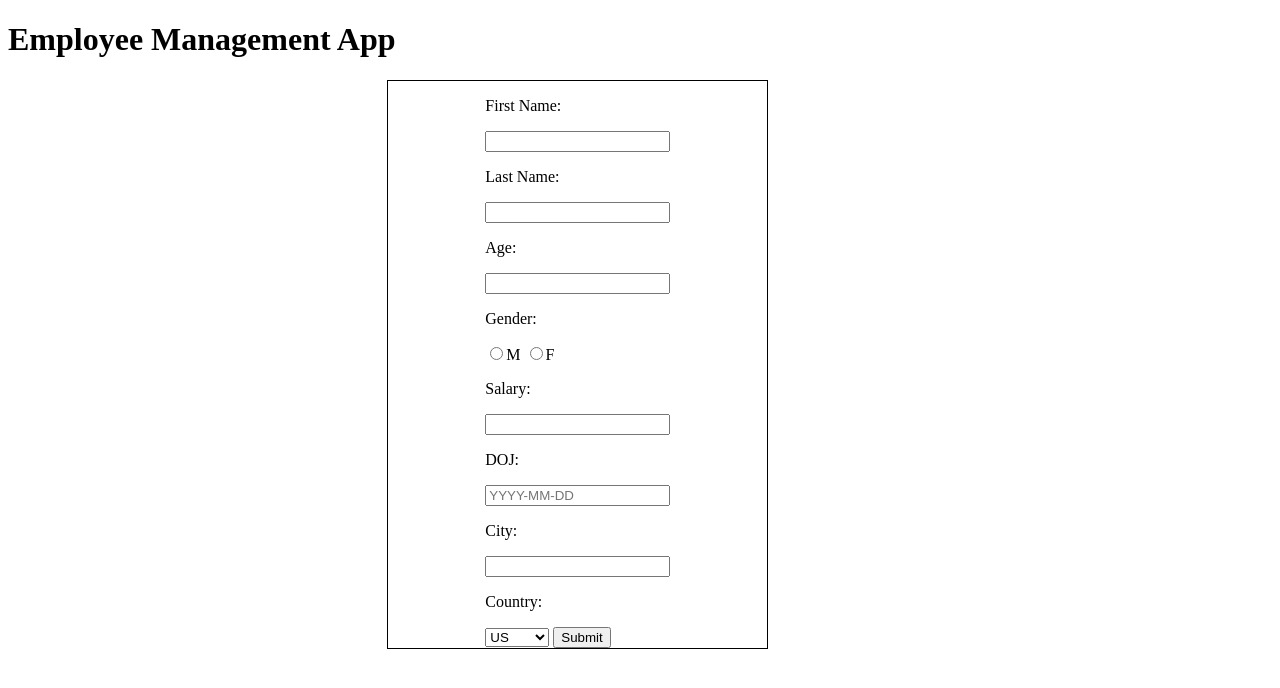
Repository: SaumyaGuptaTechnokrat/Employee_management
Page: http://localhost/Employee/index.jsp
An editor plug-in stored every save of this project. The page is shown before and after the next save, followed by the edit.
The browser window is 1280 px wide. The pictures show the whole page.
The page is served by Tomcat 9.

Above is the page before, as saved 2023-02-10 17:32:52.

After the next save:
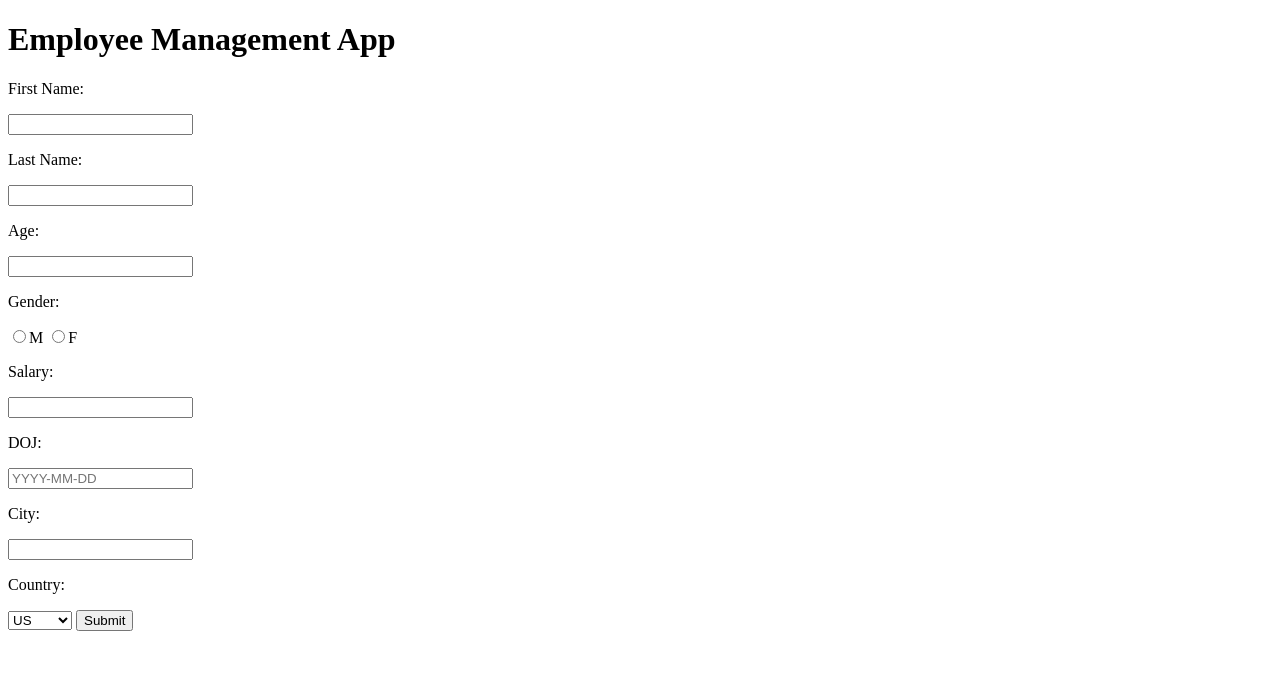
Saved 14 s later.
--- a/Employee/src/main/webapp/index.jsp
+++ b/Employee/src/main/webapp/index.jsp
@@ -9,7 +9,7 @@
 </head>
 <body>
 <h1>Employee Management App</h1>
-<div style="margin:0% 30%;width:30%;border:1px black solid;display:grid;justify-content:center">
+<div>
 <form action="addRecord.jsp" method="post" >
 
 		<p>First Name:</p><input name="fName" type="text"><br>
